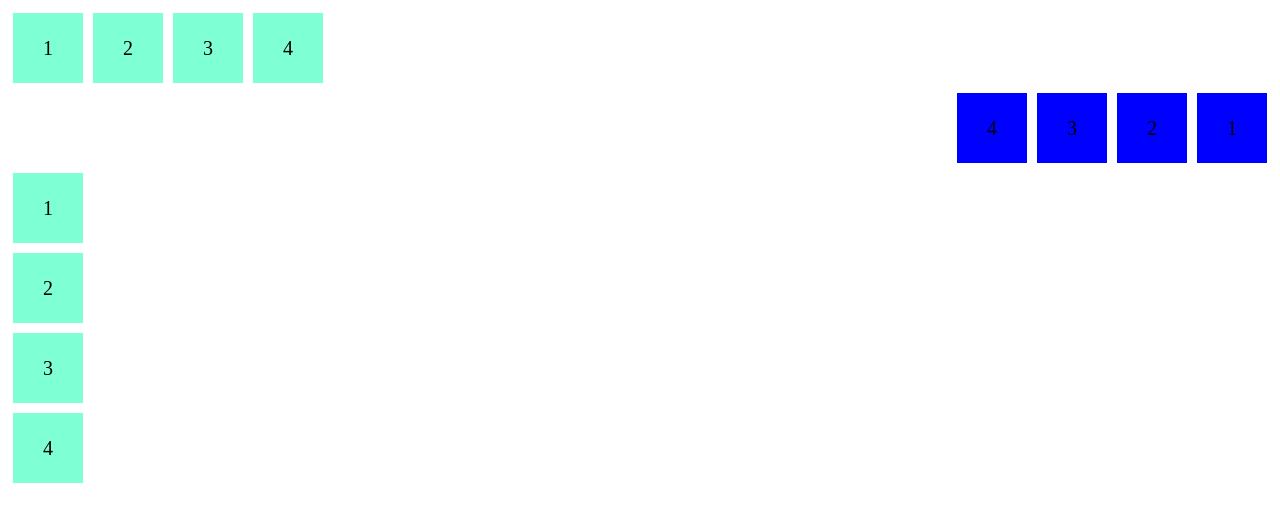
Repository: gabrielbino/projects-dio
Page: flexbox/@flex-direction.html
These files come from the project's save history. The page is drawn as it stood at one moment and after the next save; the edit follows.
The browser window is 1280 px wide. The pictures show the whole page.

Above is the page before, as saved 2021-10-18 11:26:23.

### flexbox/@flex-direction.html
<!DOCTYPE html>
<html lang="en">
  <head>
    <meta charset="UTF-8" />
    <meta name="viewport" content="width=device-width, initial-scale=1.0" />
    <title>Fundamentos - Flex direction</title>
    <style>
      .flexContainer {
        display: flex;
        margin: 0;
        padding: 0;
        list-style: none;
      }
      .flexItem {
        background-color: aquamarine;
        height: 70px;
        width: 70px;
        line-height: 70px;
        font-size: 20px;
        text-align: center;
        margin: 5px;
      }
      .row {
        flex-direction: row;
      }
      .rowReverse {
        flex-direction: row-reverse;
      }
      .rowReverse li {
        background-color: blue;
      }
      .column {
        float: left;
        flex-direction: column;
      }
    </style>
  </head>
  <body>
    <ul class="flexContainer row">
      <li class="flexItem">1</li>
      <li class="flexItem">2</li>
      <li class="flexItem">3</li>
      <li class="flexItem">4</li>
    </ul>
    <ul class="flexContainer rowReverse">
      <li class="flexItem">1</li>
      <li class="flexItem">2</li>
      <li class="flexItem">3</li>
      <li class="flexItem">4</li>
    </ul>
    <ul class="flexContainer column">
      <li class="flexItem">1</li>
      <li class="flexItem">2</li>
      <li class="flexItem">3</li>
      <li class="flexItem">4</li>
    </ul>
  </body>
</html>

After the next save:
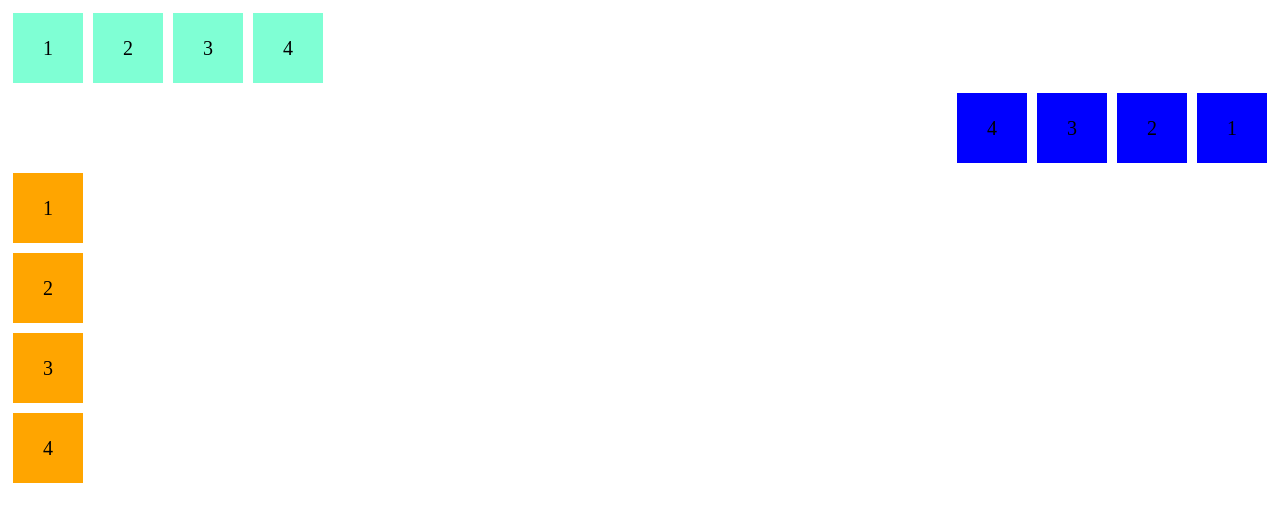
Saved 75 s later.
--- a/flexbox/@flex-direction.html
+++ b/flexbox/@flex-direction.html
@@ -33,6 +33,13 @@
         float: left;
         flex-direction: column;
       }
+      .column li {
+        background-color: orange;
+      }
+      .columnReverse {
+        float: right;
+        flex-direction: column-reverse;
+      }
     </style>
   </head>
   <body>
